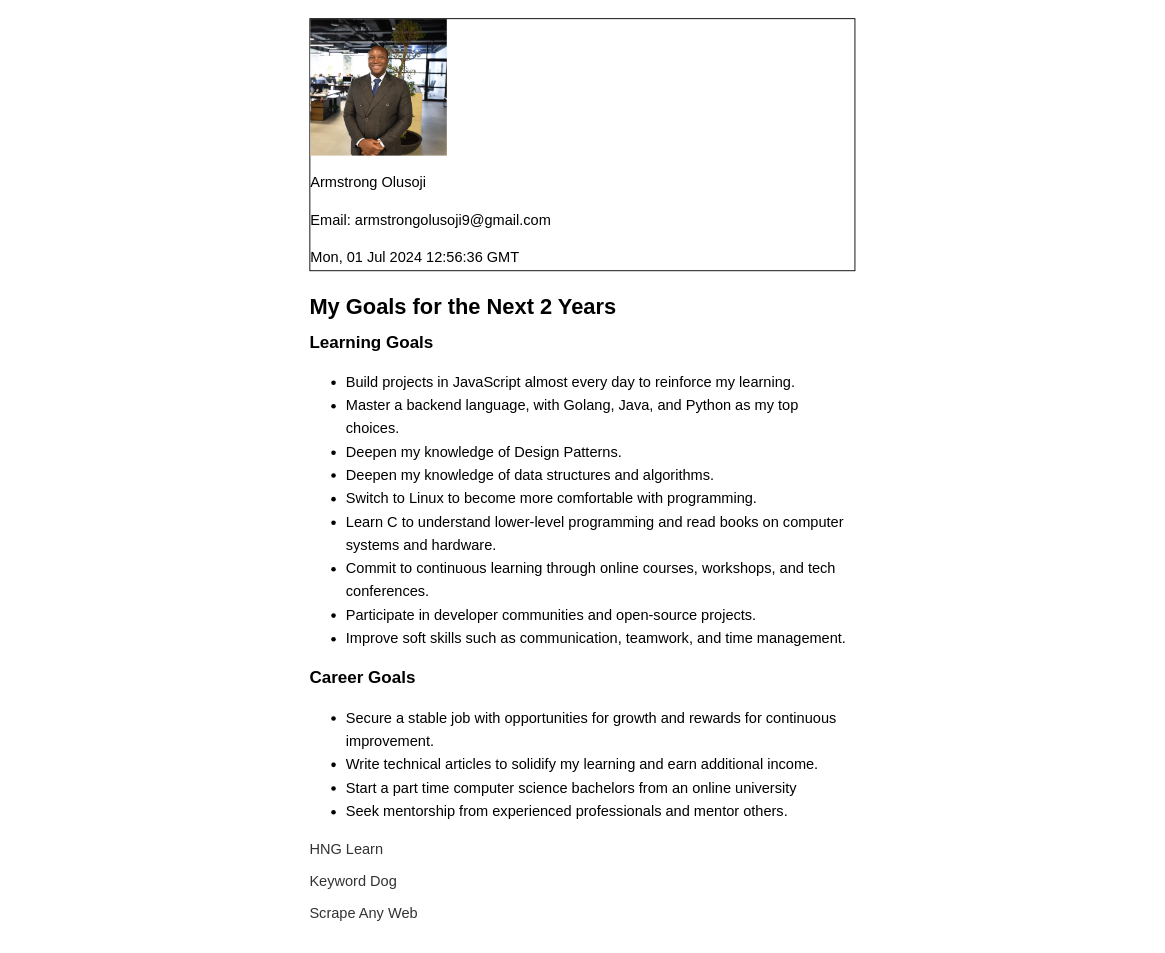
Repository: Armstrong2035/hng-project-one
Page: index.html
These files come from the project's save history. The page is drawn as it stood at one moment and after the next save; the edit follows.
The browser window is 1280 px wide. The pictures show the whole page, at 91% of full size.

Above is the page before, as saved 2024-07-01 16:36:23.

### index.html
<!DOCTYPE html>
<html>
  <head>
    <meta charset="utf-8" />
    <meta name="viewport" content="width=device-width" />
    <title>Armstrong Olusoji's Goals</title>
    <link href="style.css" rel="stylesheet" type="text/css" />
    <script src="script.js" defer></script>
  </head>
  <body>
    <div id="container">
      <div class="profile-card">
        <div class="profile-picture">
          <img
            src="Headshot.jpg"
            alt="Profile Picture"
            class="headshot"
            data-testid="slackProfilePicture"
          />
        </div>
        <div class="display-information">
          <p data-testid="slackDisplayName">Armstrong Olusoji</p>
          <p data-testid="slackEmail">Email: armstrongolusoji9@gmail.com</p>
          <p data-testid="currentTimeUTC" id="current-time">Loading...</p>
        </div>
      </div>

      <section id="my-goals">
        <h2>My Goals for the Next 2 Years</h2>
        <div class="learning-goals">
          <h3>Learning Goals</h3>
          <ul>
            <li>
              Build projects in JavaScript almost every day to reinforce my
              learning.
            </li>
            <li>
              Master a backend language, with Golang, Java, and Python as my top
              choices.
            </li>
            <li>Deepen my knowledge of Design Patterns.</li>
            <li>Deepen my knowledge of data structures and algorithms.</li>
            <li>
              Switch to Linux to become more comfortable with programming.
            </li>
            <li>
              Learn C to understand lower-level programming and read books on
              computer systems and hardware.
            </li>
            <li>
              Commit to continuous learning through online courses, workshops,
              and tech conferences.
            </li>
            <li>
              Participate in developer communities and open-source projects.
            </li>
            <li>
              Improve soft skills such as communication, teamwork, and time
              management.
            </li>
          </ul>
        </div>
        <div class="career-goals">
          <h3>Career Goals</h3>
          <ul>
            <li>
              Secure a stable job with opportunities for growth and rewards for
              continuous improvement.
            </li>
            <li>
              Write technical articles to solidify my learning and earn
              additional income.
            </li>
            <li>
              Start a part time computer science bachelors from an online
              university
            </li>
            <li>
              Seek mentorship from experienced professionals and mentor others.
            </li>
          </ul>
        </div>
      </section>

      <section>
        <a href="https://hng.tech/learn" data-testid="hngLink">HNG Learn</a>
        <a href="https://keyword.dog" data-testid="keywordLink">Keyword Dog</a>
        <a href="https://scrapeanyweb.site" data-testid="scrapeanywebLink"
          >Scrape Any Web</a
        >
      </section>
    </div>
  </body>
</html>

### style.css
body {
  font-family: Arial, sans-serif;
  line-height: 1.6;
  margin: 0;
  padding: 0;
}

#container {
  max-width: 800px;
  margin: 0 auto;
  padding: 20px;
}

.profile-card {
  margin-bottom: 20px;
  display: flex;
  flex-direction: column;
  align-items: flex-start;
  border: 1px solid black;
}

.profile-picture {
  height: 150px;
  width: 150px;

  align-self: flex-start;
}

.profile-picture .headshot {
  height: 100%;
  width: 100%;
  object-fit: cover;
}

.display-information {
  flex-direction: column;
  align-items: flex-start;
}

.display-information p {
  margin-bottom: 1px;
}

h2,
h3 {
  margin: 5px 0;
}

a {
  display: block;
  margin: 10px 0;
  color: #333;
  text-decoration: none;
}

a:hover {
  text-decoration: underline;
}

@media (min-width: 600px) {
  #container {
    max-width: 600px;
  }
}

### script.js
function updateTime() {
  const now = new Date();
  const utcTime = now.toUTCString();
  const day = now.toLocaleDateString("en-US", { weekday: "long" });
  document.getElementById("current-time").textContent = ` ${utcTime}`;
}

setInterval(updateTime, 1000);
updateTime();

After the next save:
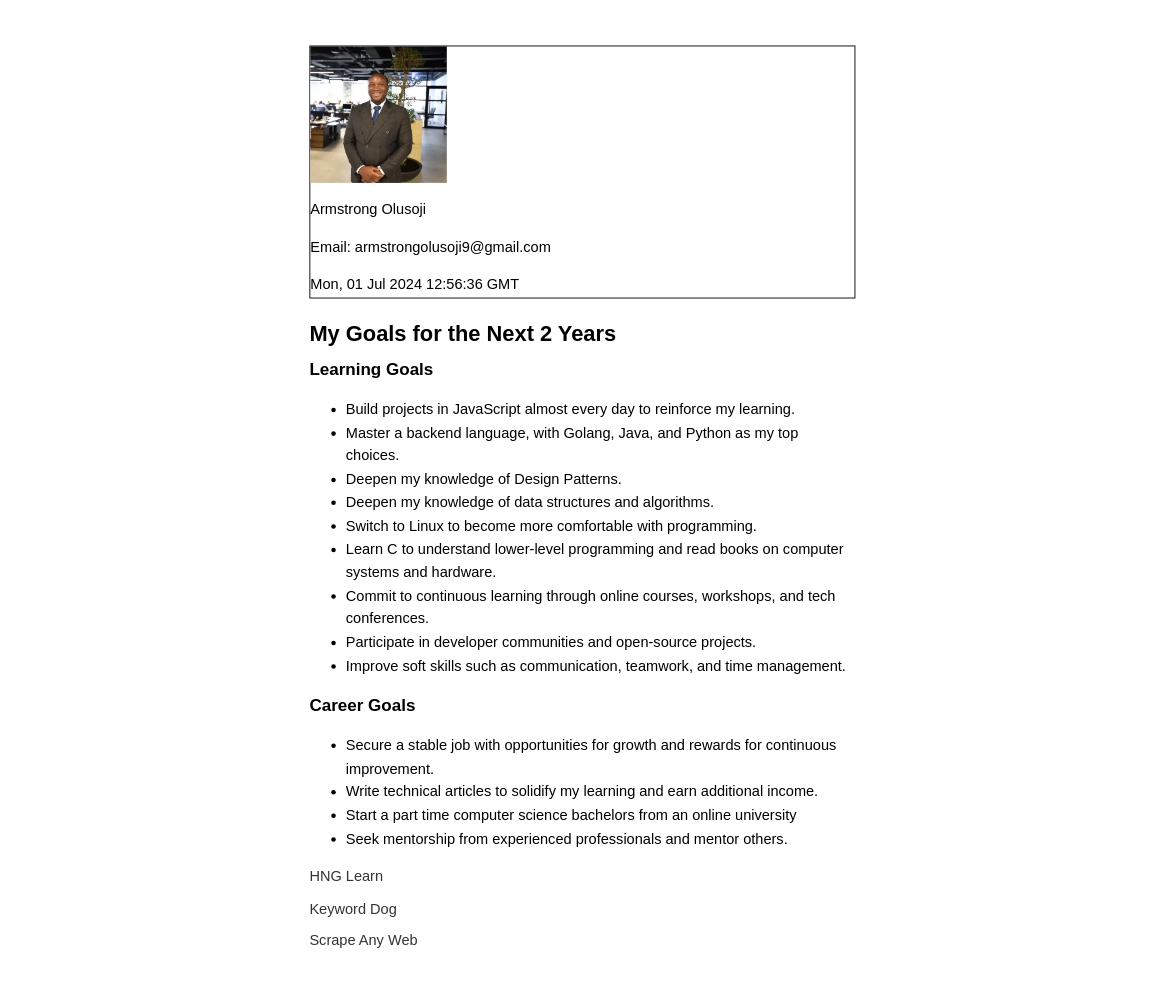
Saved 5 s later.
--- a/style.css
+++ b/style.css
@@ -8,7 +8,7 @@ body {
 #container {
   max-width: 800px;
   margin: 0 auto;
-  padding: 20px;
+  padding: 50px;
 }
 
 .profile-card {
